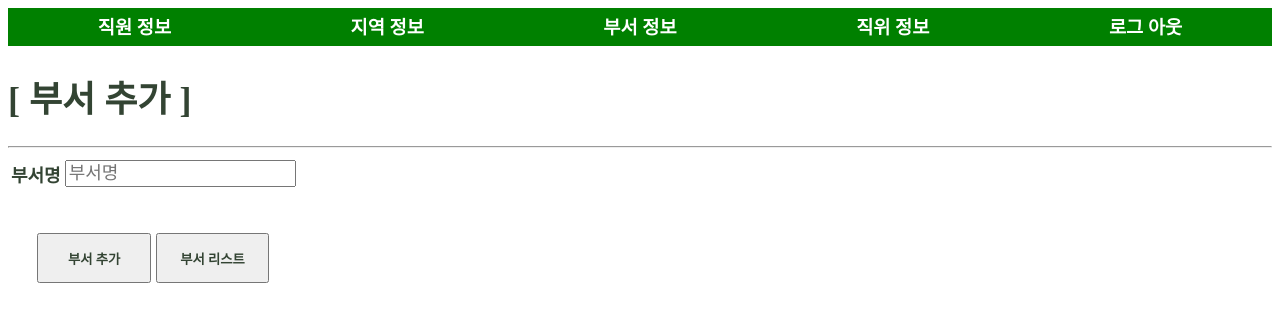
Repository: youngsik0405/SpringMVC
Page: http://localhost/mvc04/WEB-INF/view/RegionInsertForm.jsp
These files come from the project's save history. The page is drawn as it stood at one moment and after the next save; the edit follows.
The browser window is 1280 px wide. The pictures show the whole page.
The page is served by Tomcat 9. Nobody is signed in. The template is opened directly, without the code that normally fills it, so the values that code supplies are empty.

Above is the page before, as saved 2025-02-26 05:19:31.

### mvc04/WebContent/WEB-INF/view/RegionInsertForm.jsp
<%@ page contentType="text/html; charset=UTF-8"%>
<%@ taglib prefix="c" uri="http://java.sun.com/jsp/jstl/core"%>
<%
	request.setCharacterEncoding("UTF-8");
	String cp = request.getContextPath();
%>
<!DOCTYPE html>
<html>
<head>
<meta charset="UTF-8">
<title>RegionInsertForm.jsp</title>
<link rel="stylesheet" type="text/css" href="<%=cp %>/css/main.css">
<script type="text/javascript" src="http://code.jquery.com/jquery.min.js"></script>
<script type="text/javascript" src="<%=cp %>/js/jquery-ui.js"></script>

<script type="text/javascript">

	$(document).ready(function()
	{
		// 확인
		//alert("확인");

		// 부서 추가 버튼이 클릭되었을 때 수행해야 할 코드 처리
		$("#submitBtn").click(function()
		{
			// 확인
			//alert("버튼 클릭 확인~!!!");

			// 데이터 검사
			if ($("#departmentName").val()=="")
			{
				$("#error").html("필수 입력 항목이 누락되었습니다.");
				$("#error").css("display", "inline");
				return;									//-- submit 액션 처리 중단

			}

			// 폼 submit 액션 처리
			$("#departmentForm").submit();

		});

	});

</script>
</head>
<body>

<!---------------------------------
  #36. DepartmentInsertForm.jsp
  - 부서 데이터 입력 폼 페이지
------------------------------------>

<div>
	<!-- 메뉴 영역 -->
	<div>
		<c:import url="EmployeeMenu.jsp"></c:import>
	</div>

	<!-- 콘텐츠 영역 -->
	<div id="content">
		<h1>[ 부서 추가 ]</h1>
		<hr>

		<form action="departmentinsert.action" method="post" id="departmentForm">
			<table>
				<tr>
					<th>부서명</th>
					<td>
						<input type="text" id="departmentName" name="departmentName" placeholder="부서명">
					</td>
				</tr>

				<tr>
					<td colspan="2" align="center">
						<br><br>

						<button type="button" class="btn" id="submitBtn"
						style="width: 40%; height: 50px;">부서 추가</button>
						<button type="button" class="btn" id="listBtn"
						style="width: 40%; height: 50px;"
						onclick="location.href='departmentlist.action'">부서 리스트</button>
						<br><br>

						<span id="error" style="color: red; font-weight: bold; display: none;"></span>
					</td>
				</tr>

			</table>
		</form>

	</div>

	<!-- 회사 소개 및 어플리케이션 소개 영역 -->
	<div id="footer">
	</div>

</div>
</body>
</html>

### mvc04/WebContent/WEB-INF/view/EmployeeMenu.jsp
<%@ page contentType="text/html; charset=UTF-8"%>
<%@ taglib prefix="c" uri="http://java.sun.com/jsp/jstl/core"%>
<%
	request.setCharacterEncoding("UTF-8");
	String cp = request.getContextPath();
%>
<!DOCTYPE html>
<html>
<head>
<meta charset="UTF-8">
<title>EmployeeMenu.jsp</title>
<link rel="stylesheet" type="text/css" href="<%=cp %>/css/menuStyle.css">
</head>
<body>

<!-------------------------
  #13. EmployeeMenu.jsp
  - 메인 메뉴 페이지 구성
-------------------------->

<!-- 확인 -->
<%--
<span>${sessionScope.admin==null ? "normal" : "admin" }</span>

--%>

<div id="menu">
	<ul>
		<c:choose>
			<c:when test="${sessionScope.admin==null }">
				<li>
					<a href="emplist.action" class="menu">직원 정보</a>
				</li>
				<li>
					<a href="reglist.action" class="menu">지역 정보</a>
				</li>
				<li>
					<a href="deplist.action" class="menu">부서 정보</a>
				</li>
				<li>
					<a href="poslist.action" class="menu">직위 정보</a>
				</li>
			</c:when>


			<c:otherwise>
				<li>
					<a href="employeelist.action" class="menu">직원 관리</a>
				</li>
				<li>
					<a href="regionlist.action" class="menu">지역 관리</a>
				</li>
				<li>
					<a href="departmentlist.action" class="menu">부서 관리</a>
				</li>
				<li>
					<a href="positionlist.action" class="menu">직위 관리</a>
				</li>
			</c:otherwise>
		</c:choose>


		<li>
			<a href="logout.action" class="menu">로그 아웃</a>
		</li>
	</ul>
</div>

</body>
</html>

### mvc04/WebContent/css/main.css
@charset "UTF-8";

/*======================
  #16. main.css
  - 메인 스타일 구성
=======================*/

*
{
	font-family: 맑은 고딕;
	color: #334433;
}

body, p, div, span, input, table, th, td, select
{
	font-size: 18px;
}

.control
{
	border: 1px solid gray;
	border-radius: 3px;
}

.table
{
	border-collapse: collapse;
	width: 100%;
}

.table th, .table td
{
	border: 1px solid gray;
	border-left: 0px;
	border-right: 0px;
	padding: 3px;
	line-height: 150%;
	text-align: center;
}

.table th
{
	font-weight: bold;
	background-color: #eeeeee;
}

.table td
{
	font-size: 12pt;
}

.btn
{
	cursor : pointer;
	font-weight: bold;
}

.btn:hover
{
	color: #ffffff;
	background-color: #008000;
}

### mvc04/WebContent/css/menuStyle.css
@charset "UTF-8";


/*
  #14. menuStyle.css
  - 메뉴 스타일 구성
*/

ul
{
	list-style-type: none;
	margin: 0px;
	padding: 0px;
	overflow: hidden;
}

li
{
	width: 20%;
	float: left;
}

a.menu:link, a.menu:visited
{
	display: block;
	font-weight: bold;
	color: #ffffff;
	background-color: #008000;
	text-align: center;
	padding: 4px;
	text-decoration: none;
	text-transform: uppercase;
	height: 30px;
	font-size: 14pt;
}


a.menu:hover, a.menu:active
{
	background-color: #ffffff;
	color: #008000;
	border: 2px solid #008000;
	border-radius: 5px;
	height: 26px;	/* 30-2-2 */
}

Loaded but not shown: mvc04/WebContent/js/jquery-ui.js (library)

After the next save:
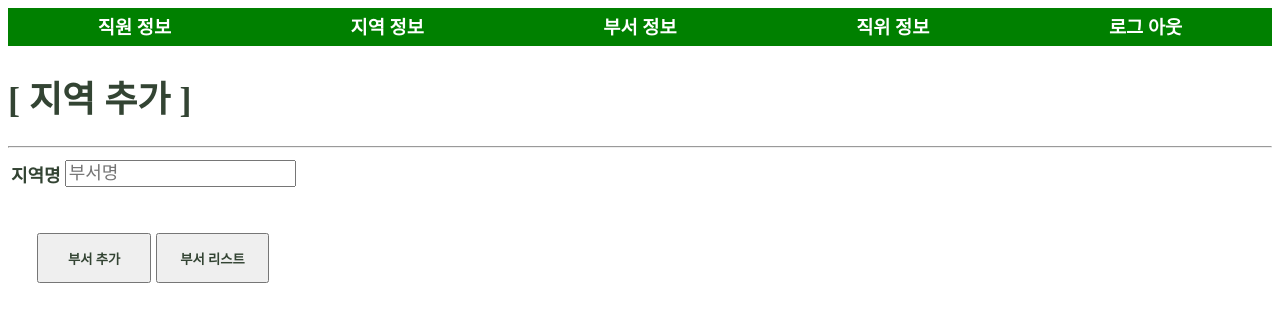
Saved 19 s later.
--- a/mvc04/WebContent/WEB-INF/view/RegionInsertForm.jsp
+++ b/mvc04/WebContent/WEB-INF/view/RegionInsertForm.jsp
@@ -59,13 +59,13 @@
 
 	<!-- 콘텐츠 영역 -->
 	<div id="content">
-		<h1>[ 부서 추가 ]</h1>
+		<h1>[ 지역 추가 ]</h1>
 		<hr>
 
-		<form action="departmentinsert.action" method="post" id="departmentForm">
+		<form action="regioninsert.action" method="post" id="regionForm">
 			<table>
 				<tr>
-					<th>부서명</th>
+					<th>지역명</th>
 					<td>
 						<input type="text" id="departmentName" name="departmentName" placeholder="부서명">
 					</td>
